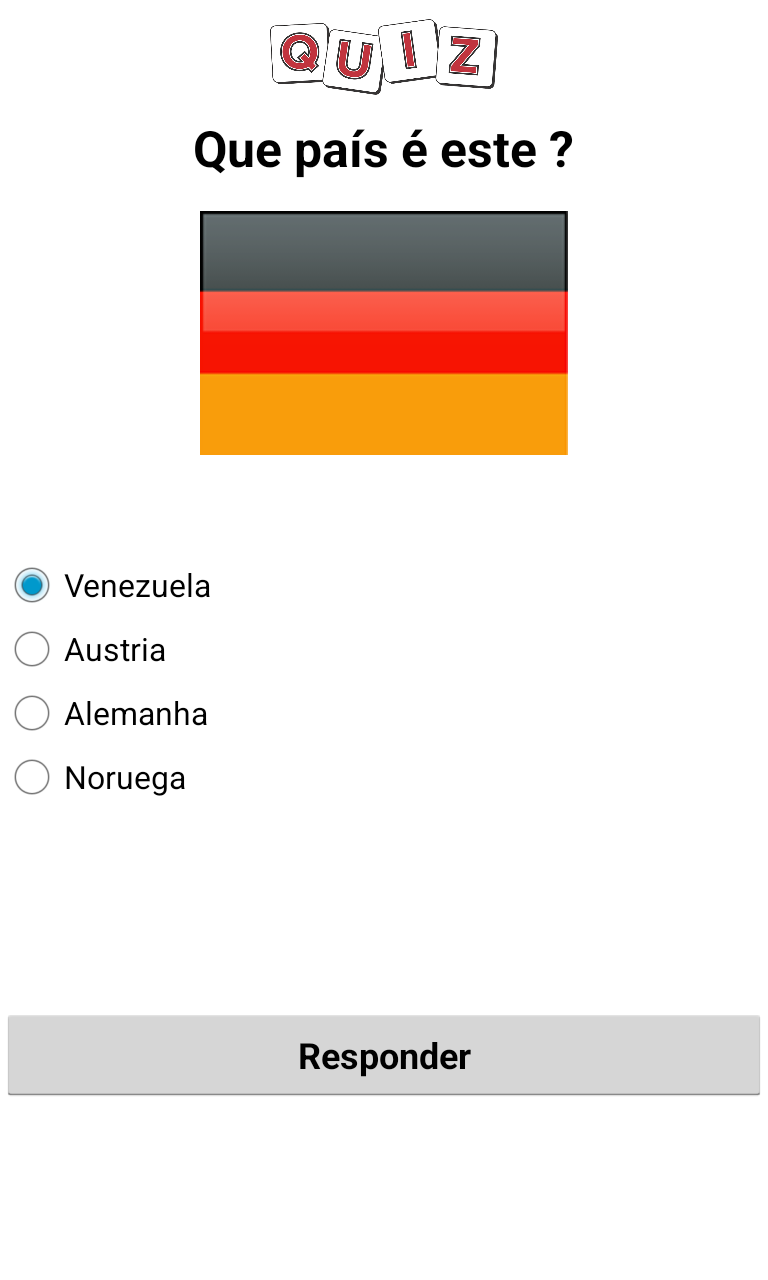
Repository: Rennanxp2/AndroidQuiz
Layout: Quiz Bandeiras Android/Quiz/res/layout/activity_quiz8.xml
An editor plug-in stored every save of this project. The layout is shown before and after the next save, followed by the edit.
It is drawn on a 768 x 1280 px phone screen (xhdpi) without system bars, with theme AppTheme; the app's code is not run.

Above is the layout before, as saved 2017-10-22 03:39:31.

### Quiz Bandeiras Android/Quiz/res/layout/activity_quiz8.xml
<LinearLayout xmlns:android="http://schemas.android.com/apk/res/android"
    xmlns:tools="http://schemas.android.com/tools"
    android:id="@+id/LinearLayout1"
    android:layout_width="match_parent"
    android:layout_height="match_parent"
    android:orientation="vertical"
    tools:context="${relativePackage}.${activityClass}" >

    <LinearLayout
        android:layout_width="match_parent"
        android:layout_height="wrap_content"
        android:orientation="vertical" >

        <ImageView
            android:id="@+id/imgResposta"
            android:layout_width="wrap_content"
            android:layout_height="57dp"
            android:src="@drawable/quiz" />
    </LinearLayout>

    <LinearLayout
        android:layout_width="match_parent"
        android:layout_height="wrap_content"
        android:layout_gravity="center"
        android:orientation="vertical" >

        <TextView
            android:id="@+id/txtDesempenho"
            android:layout_width="wrap_content"
            android:layout_height="wrap_content"
            android:layout_gravity="center"
            android:text="Que país é este ?"
            android:textAppearance="?android:attr/textAppearanceLarge"
            android:textSize="25sp"
            android:textStyle="bold" />
    </LinearLayout>

    <Space
        android:layout_width="match_parent"
        android:layout_height="wrap_content" />

    <LinearLayout
        android:layout_width="match_parent"
        android:layout_height="wrap_content"
        android:orientation="vertical" >

        <ImageView
            android:id="@+id/imageView2"
            android:layout_width="184dp"
            android:layout_height="152dp"
            android:layout_gravity="center"
            android:src="@drawable/alemanha" />
    </LinearLayout>

    <RelativeLayout
        android:layout_width="match_parent"
        android:layout_height="173dp" >

        <RadioGroup
            android:id="@+id/rgRespostas"
            android:layout_width="wrap_content"
            android:layout_height="wrap_content"
            android:layout_alignParentBottom="true"
            android:layout_alignParentLeft="true"
            android:layout_marginBottom="11dp" >

            <RadioButton
                android:id="@+id/rbResposta1"
                android:layout_width="wrap_content"
                android:layout_height="wrap_content"
                android:checked="true"
                android:text="Venezuela" />

            <RadioButton
                android:id="@+id/rbResposta2"
                android:layout_width="wrap_content"
                android:layout_height="wrap_content"
                android:text="Austria" />

            <RadioButton
                android:id="@+id/rbResposta3"
                android:layout_width="wrap_content"
                android:layout_height="wrap_content"
                android:text="Alemanha" />

            <RadioButton
                android:id="@+id/rbResposta4"
                android:layout_width="wrap_content"
                android:layout_height="wrap_content"
                android:text="Noruega" />
        </RadioGroup>

    </RelativeLayout>

    <RelativeLayout
        android:layout_width="match_parent"
        android:layout_height="match_parent" >

        <Button
            android:id="@+id/btnResponder"
            android:layout_width="match_parent"
            android:layout_height="wrap_content"
            android:layout_alignParentLeft="true"
            android:layout_centerVertical="true"
            android:text="Responder"
            android:onClick="btnResponderOnClick"
            android:textStyle="bold" />

    </RelativeLayout>

</LinearLayout>

Loaded but not shown: Quiz Bandeiras Android/Quiz/res/values/styles.xml (common file); Quiz Bandeiras Android/Quiz/res/values-v11/styles.xml (common file); Quiz Bandeiras Android/Quiz/res/values-v14/styles.xml (common file)

After the next save:
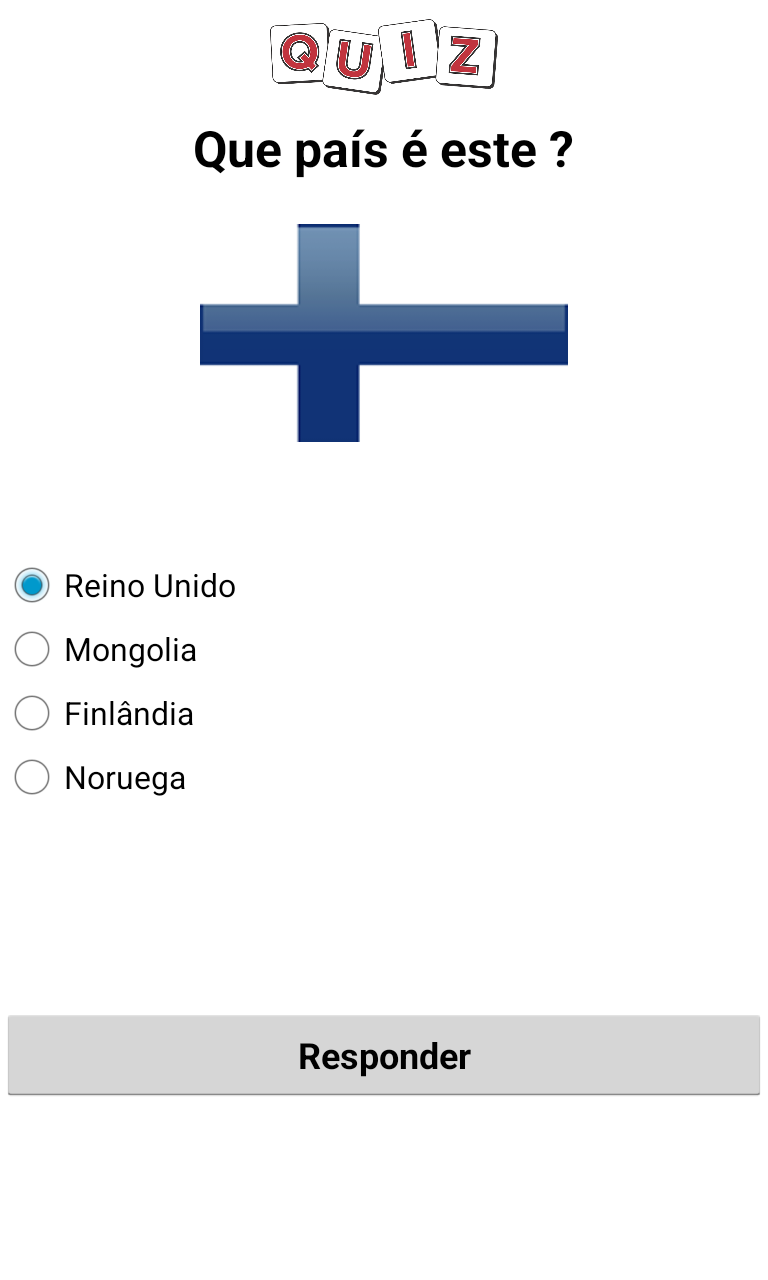
Saved 114 s later.
--- a/Quiz Bandeiras Android/Quiz/res/layout/activity_quiz8.xml
+++ b/Quiz Bandeiras Android/Quiz/res/layout/activity_quiz8.xml
@@ -49,7 +49,7 @@
             android:layout_width="184dp"
             android:layout_height="152dp"
             android:layout_gravity="center"
-            android:src="@drawable/alemanha" />
+            android:src="@drawable/finlandia" />
     </LinearLayout>
 
     <RelativeLayout
@@ -69,19 +69,19 @@
                 android:layout_width="wrap_content"
                 android:layout_height="wrap_content"
                 android:checked="true"
-                android:text="Venezuela" />
+                android:text="Reino Unido" />
 
             <RadioButton
                 android:id="@+id/rbResposta2"
                 android:layout_width="wrap_content"
                 android:layout_height="wrap_content"
-                android:text="Austria" />
+                android:text="Mongolia" />
 
             <RadioButton
                 android:id="@+id/rbResposta3"
                 android:layout_width="wrap_content"
                 android:layout_height="wrap_content"
-                android:text="Alemanha" />
+                android:text="Finlândia" />
 
             <RadioButton
                 android:id="@+id/rbResposta4"
